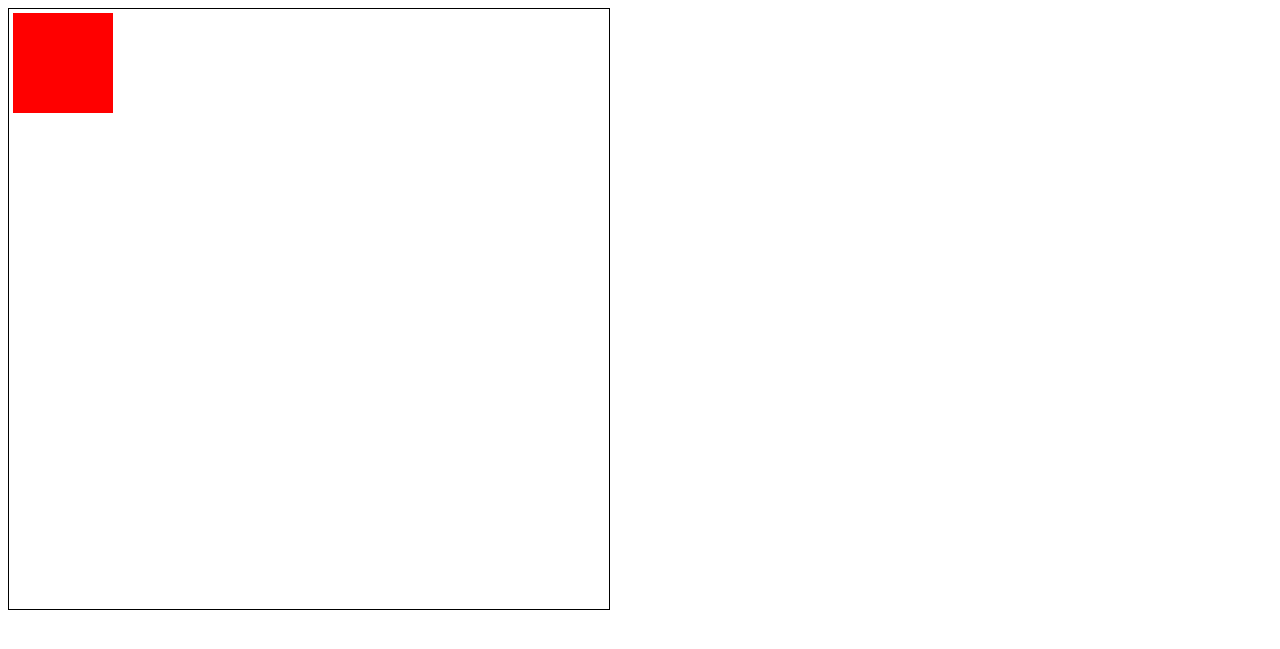
Repository: BlueLionycb/study-demo
Page: canvas-demo/src/index20.html
These files come from the project's save history. The page is drawn as it stood at one moment and after the next save; the edit follows.
The browser window is 1280 px wide. The pictures show the whole page.

Above is the page before, as saved 2020-01-27 21:18:27.

After the next save:
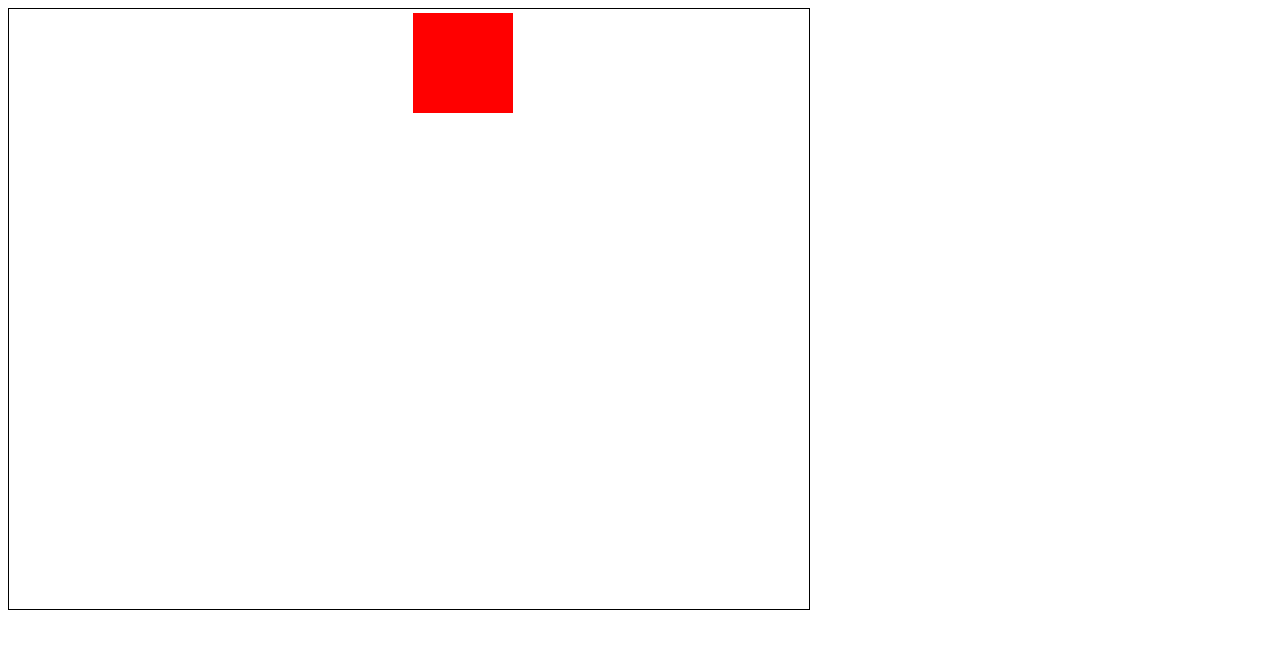
Saved 9 s later.
--- a/canvas-demo/src/index20.html
+++ b/canvas-demo/src/index20.html
@@ -13,7 +13,7 @@
         </style>
     </head>
     <body>
-        <canvas id="myCanvas" height="600" width="600">
+        <canvas id="myCanvas" height="600" width="800">
 
         </canvas>
 
